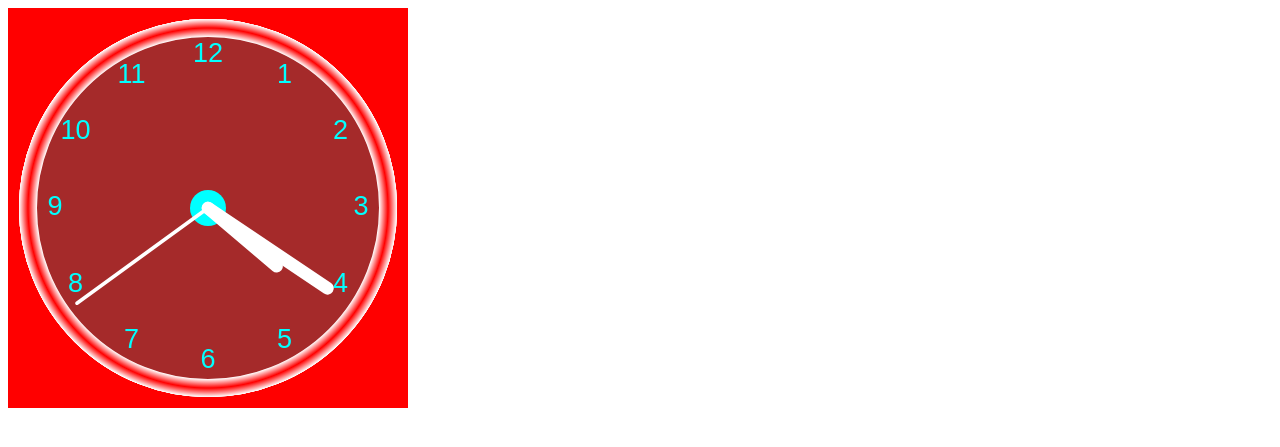
Repository: ManojAndroid/WellcomeToAndroidApp
Page: AddressBook_App/Canvas_Project/WebContent/Clock.html
An editor plug-in stored every save of this project. The page is shown before and after the next save, followed by the edit.
The browser window is 1280 px wide. The pictures show the whole page.

Above is the page before, as saved 2017-04-20 13:15:19.

### AddressBook_App/Canvas_Project/WebContent/Clock.html
<!DOCTYPE html>
<html>
<body>

<canvas id="canvas" width="400" height="400"
style="background-color:red">
</canvas>

<script>
var canvas = document.getElementById("canvas");
var ctx = canvas.getContext("2d");
var radius = canvas.height / 2;
ctx.translate(radius, radius);
radius = radius * 0.90
setInterval(drawClock, 1000);

function drawClock() {
  drawFace(ctx, radius);
  drawNumbers(ctx, radius);
  drawTime(ctx, radius);
}

function drawFace(ctx, radius) {
  var grad;
  ctx.beginPath();
  ctx.arc(0, 0, radius, 0, 2*Math.PI);
  ctx.fillStyle = 'brown';
  ctx.fill();
  grad = ctx.createRadialGradient(0,0,radius*0.95, 0,0,radius*1.05);
  grad.addColorStop(0, 'white');
  grad.addColorStop(0.5, 'red');
  grad.addColorStop(1, 'white');
  ctx.strokeStyle = grad;
  ctx.lineWidth = radius*0.1;
  ctx.stroke();
  ctx.beginPath();
  ctx.arc(0, 0, radius*0.1, 0, 2*Math.PI);
  ctx.fillStyle = 'cyan';
  ctx.fill();
}

function drawNumbers(ctx, radius) {
  var ang;
  var num;
  ctx.font = radius*0.15 + "px arial";
  ctx.textBaseline="middle";
  ctx.textAlign="center";
  for(num = 1; num < 13; num++){
    ang = num * Math.PI / 6;
    ctx.rotate(ang);
    ctx.translate(0, -radius*0.85);
    ctx.rotate(-ang);
    ctx.fillText(num.toString(), 0, 0);
    ctx.rotate(ang);
    ctx.translate(0, radius*0.85);
    ctx.rotate(-ang);
  }
}

function drawTime(ctx, radius){
    var now = new Date();
    var hour = now.getHours();
    var minute = now.getMinutes();
    var second = now.getSeconds();
    //hour
    hour=hour%12;
    hour=(hour*Math.PI/6)+
    (minute*Math.PI/(6*60))+
    (second*Math.PI/(360*60));
    drawHand(ctx, hour, radius*0.5, radius*0.07);
    //minute
    minute=(minute*Math.PI/30)+(second*Math.PI/(30*60));
    drawHand(ctx, minute, radius*0.8, radius*0.07);
    // second
    second=(second*Math.PI/30);
    drawHand(ctx, second, radius*0.9, radius*0.02);
}

function drawHand(ctx, pos, length, width) {
    ctx.beginPath();
    ctx.lineWidth = width;
    ctx.lineCap = "round";
    ctx.moveTo(0,0);
    ctx.rotate(pos);
    ctx.lineTo(0, -length);
    ctx.stroke();
    ctx.rotate(-pos);
}
</script>

</body>
</html>

After the next save:
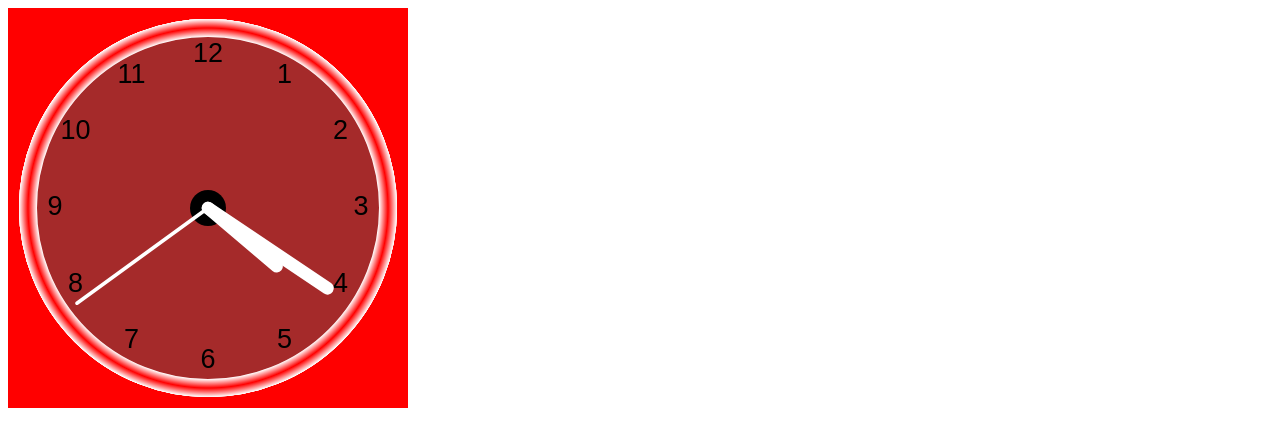
Saved 28 s later.
--- a/AddressBook_App/Canvas_Project/WebContent/Clock.html
+++ b/AddressBook_App/Canvas_Project/WebContent/Clock.html
@@ -35,7 +35,7 @@ function drawFace(ctx, radius) {
   ctx.stroke();
   ctx.beginPath();
   ctx.arc(0, 0, radius*0.1, 0, 2*Math.PI);
-  ctx.fillStyle = 'cyan';
+  ctx.fillStyle = 'black';
   ctx.fill();
 }
 
